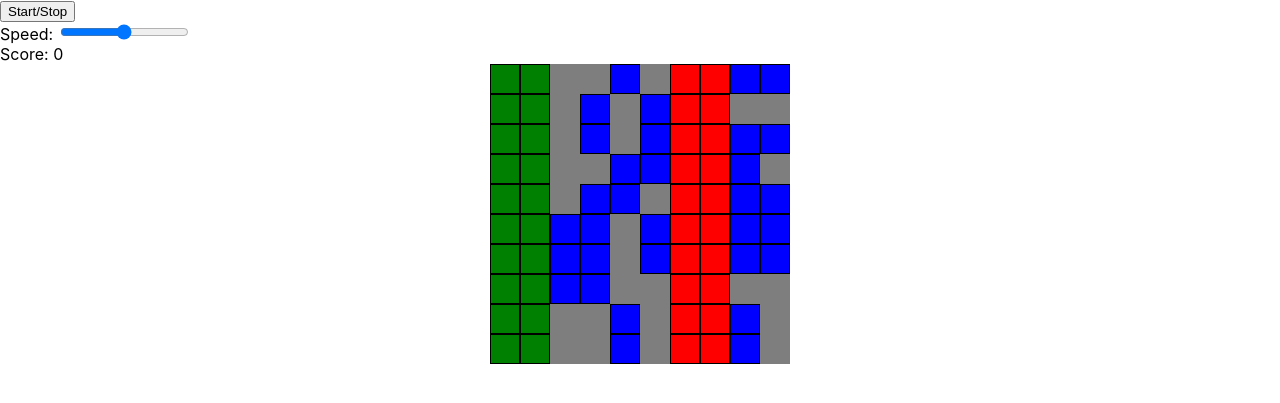
Repository: drumsmanku/grid-game
Page: / (app in client/)
The author's editor kept a copy of each file at every save. The page is drawn from the files as they stood at one save, then again after the next save.
The browser window is 1280 px wide. The pictures show the whole page.
The project was rebuilt for these pictures with package versions that can differ from the ones it lists, and the page was loaded fresh each time. Also part of the build but not shown: client/src/App.css.

Above is the page before, as saved 2024-03-23 18:23:34.

After the next save:
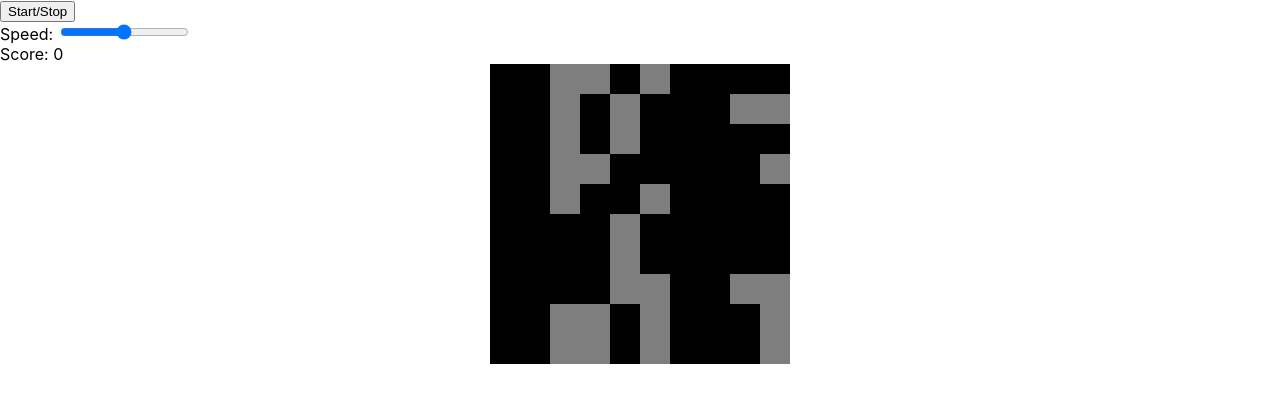
Saved 45 s later.
--- a/client/src/components/Grid.js
+++ b/client/src/components/Grid.js
@@ -100,7 +100,7 @@
                    style={{
                      width: '30px',
                      height: '30px',
-                     backgroundColor: col || 'black',
+                     backgroundColor:  'black',
                      border: '1px solid black',
                      boxSizing: 'border-box',
                      opacity: col ? 1 : 0.5
